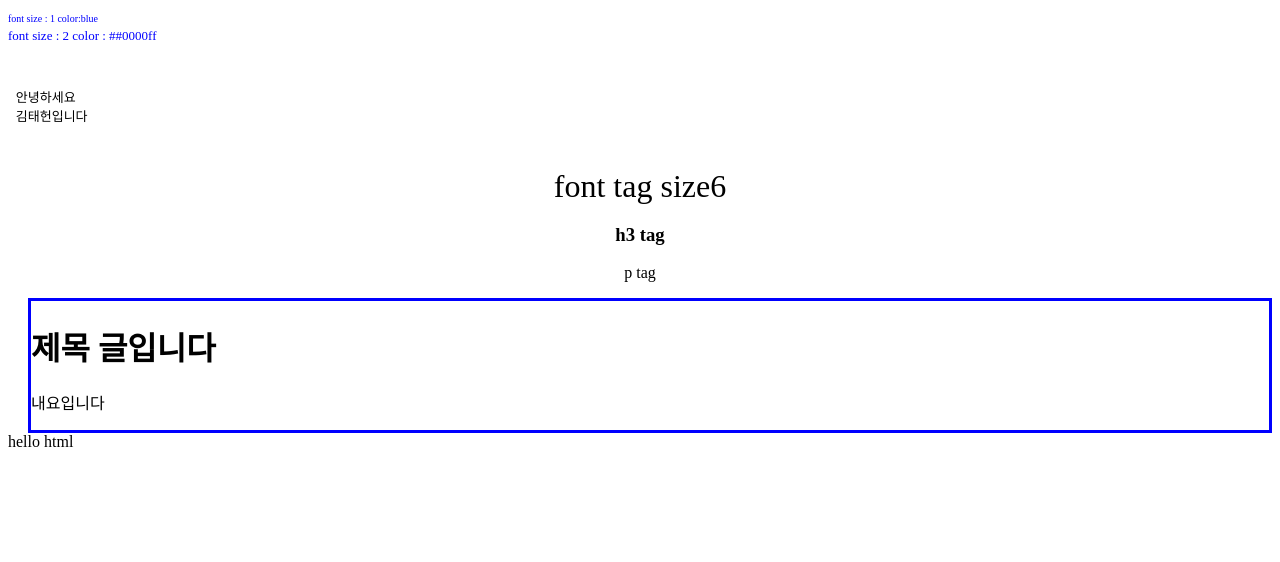
Repository: xsa1113/posco_ict
Page: html/TestSample/WebContent/index3.html
These files come from the project's save history. The page is drawn as it stood at one moment and after the next save; the edit follows.
The browser window is 1280 px wide. The pictures show the whole page.

Above is the page before, as saved 2022-05-04 07:47:11.

After the next save:
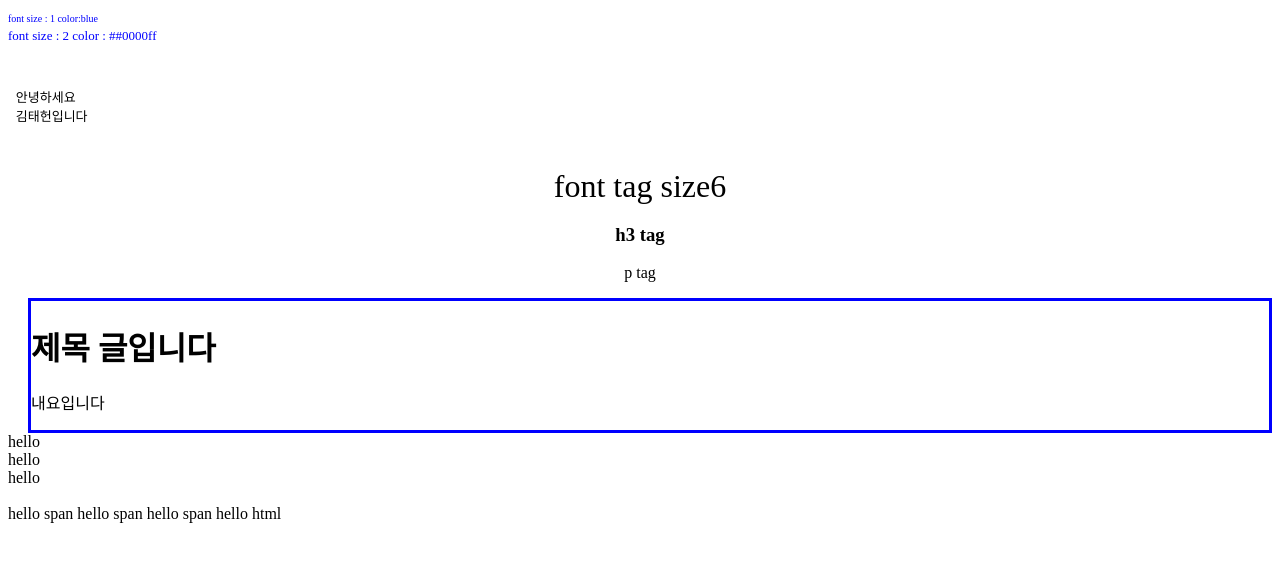
Saved 99 s later.
--- a/html/TestSample/WebContent/index3.html
+++ b/html/TestSample/WebContent/index3.html
@@ -38,6 +38,14 @@ font, div
  	<p>내요입니다</p>
  </div>
 
+ <div>hello</div>
+ <div>hello</div>
+ <div>hello</div>
+ <br>
+
+ <span>hello span</span>
+  <span>hello span</span>
+   <span>hello span</span>
 <span>hello html</span>
 
 
